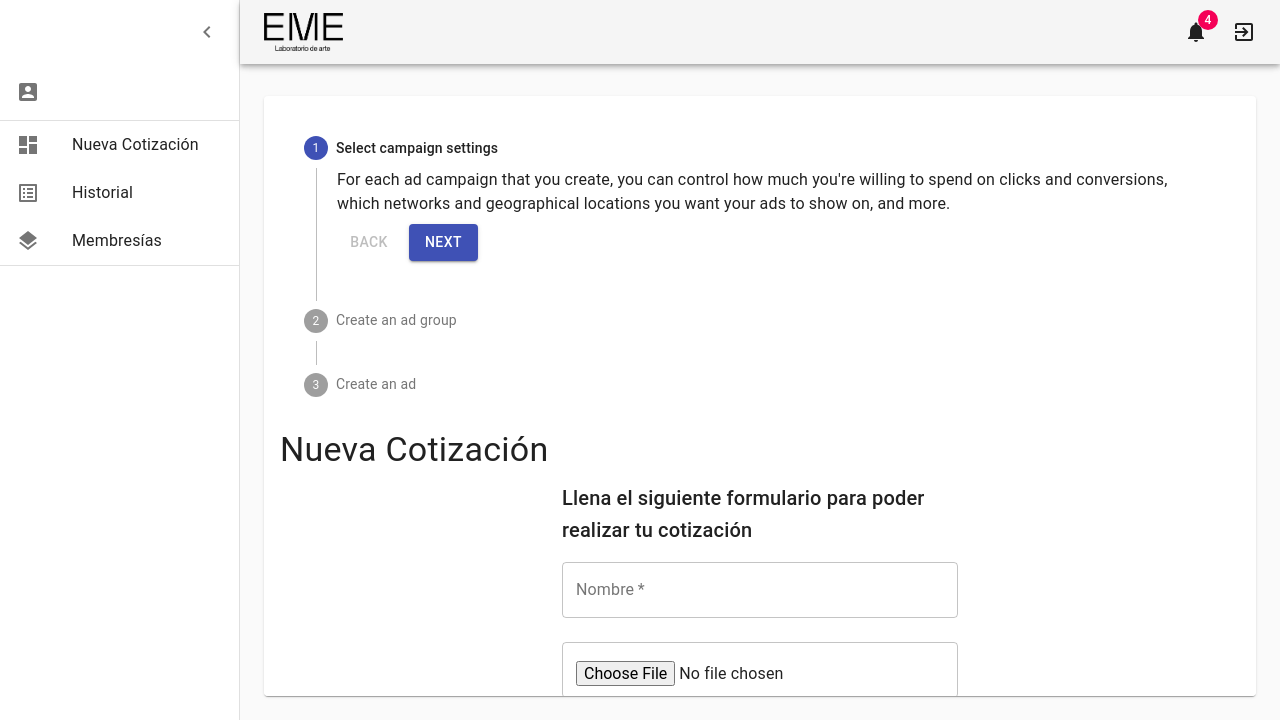
Repository: BrendaCarranco/eme-lab
Page: /Trabajo
These files come from the project's save history. The page is drawn as it stood at one moment and after the next save; the edit follows.
The browser window is 1280 px wide. The pictures show the whole page.
An inner scrolling area shows only its first screen. Some web libraries are served in a nearby version. The project was rebuilt for these pictures with package versions that can differ from the ones it lists, and the page was loaded fresh each time. Also part of the build but not shown: src/components/buildingPage/Building.js, src/temaConfig.js, src/components/buildingPage/Landing.js, src/components/login/Reset.js, src/components/Dashboard/Historial.js, src/components/Dashboard/Membresias.js, src/components/login/ModalPass.js, src/components/login/ModalRegister.js and 4 more.

Above is the page before, as saved 2020-08-27 19:39:46.

### public/index.html
<!DOCTYPE html>
<html lang="en">

<head>
  <meta charset="utf-8" />

  <meta name="viewport" content="width=device-width, initial-scale=1" />
  <meta name="theme-color" content="#000000" />
  <meta name="description" content="Web site created using create-react-app" />
  <link rel="icon" type="image/png" href="/eme-icon.png">


  </style>

  <!--
      manifest.json provides metadata used when your web app is installed on a
      user's mobile device or desktop. See https://developers.google.com/web/fundamentals/web-app-manifest/
    -->
  <link rel="manifest" href="%PUBLIC_URL%/manifest.json" />
  <!-- CSS only -->
  <link rel="stylesheet" href="https://stackpath.bootstrapcdn.com/bootstrap/4.5.2/css/bootstrap.min.css"
    integrity="sha384-JcKb8q3iqJ61gNV9KGb8thSsNjpSL0n8PARn9HuZOnIxN0hoP+VmmDGMN5t9UJ0Z" crossorigin="anonymous">

  <!--
      Notice the use of %PUBLIC_URL% in the tags above.
      It will be replaced with the URL of the `public` folder during the build.
      Only files inside the `public` folder can be referenced from the HTML.

      Unlike "/favicon.ico" or "favicon.ico", "%PUBLIC_URL%/favicon.ico" will
      work correctly both with client-side routing and a non-root public URL.
      Learn how to configure a non-root public URL by running `npm run build`.
    -->
  <title>EME Laboratorio de arte</title>
</head>

<body>
  <noscript>You need to enable JavaScript to run this app.</noscript>
  <div id="root"></div>
  <!--
      This HTML file is a template.
      If you open it directly in the browser, you will see an empty page.

      You can add webfonts, meta tags, or analytics to this file.
      The build step will place the bundled scripts into the <body> tag.

      To begin the development, run `npm start` or `yarn start`.
      To create a production bundle, use `npm run build` or `yarn build`.
    -->
  <!-- Compiled and minified JavaScript -->

  <script src="https://code.jquery.com/jquery-3.2.1.slim.min.js"
    integrity="sha384-KJ3o2DKtIkvYIK3UENzmM7KCkRr/rE9/Qpg6aAZGJwFDMVNA/GpGFF93hXpG5KkN"
    crossorigin="anonymous"></script>
  <script src="https://cdnjs.cloudflare.com/ajax/libs/popper.js/1.12.9/umd/popper.min.js"
    integrity="sha384-ApNbgh9B+Y1QKtv3Rn7W3mgPxhU9K/ScQsAP7hUibX39j7fakFPskvXusvfa0b4Q"
    crossorigin="anonymous"></script>
  <script src="https://maxcdn.bootstrapcdn.com/bootstrap/4.0.0/js/bootstrap.min.js"
    integrity="sha384-JZR6Spejh4U02d8jOt6vLEHfe/JQGiRRSQQxSfFWpi1MquVdAyjUar5+76PVCmYl"
    crossorigin="anonymous"></script>
</body>

</html>

### src/App.js
import React, { useEffect, useState, useContext } from 'react';
import { BrowserRouter, Switch, Route } from 'react-router-dom';
import { firebase } from './firebase';
import Building from './components/buildingPage/Building';
import Landing from './components/buildingPage/Landing';
import Reset from './components/login/Reset';
import Dashboard from './components/Dashboard/Dashboard';
import SignInSide from './components/login/SignInSide';
import Admin from './components/admin/Admin';

import { UserContext } from './context/UserProvider';
import NoMember from './components/Dashboard/NoMember';

function App() {

  const [firebaseUser, setFirebaseUser] = useState(null);
  const [fbName, setFbName] = useState('');
  const [fbMail, setFbMail] = useState('');
  const [usersFiles, setUsersFiles] = useState([]);


  const { userProvider } = useContext(UserContext);


  //Observador
  useEffect(() => {
    firebase.auth().onAuthStateChanged(user => {
      console.log(user);
      if (user) {
        setFbName(user.displayName);
        setFbMail(user.email);
        setFirebaseUser(user);
      } else {
        setFirebaseUser(null);
        return;
      }
    });
  }, [firebaseUser]);

  return (
    <BrowserRouter>
      <Switch>
        <Route exact path='/'>
          <Landing />
        </Route>
        {/*
        <Route path='/admin'>
          <Admin usersFiles={usersFiles} />
        </Route> */}

        <Route path='/dashboard'>

          {
            userProvider.role === 'Admin' && <Admin usersFiles={usersFiles} />
          }
          {
            userProvider.role === 'Miembro' && <Dashboard firebaseUser={firebaseUser} setUsersFiles={setUsersFiles} usersFiles={usersFiles} fbMail={fbMail} />
          }
          {
            userProvider.role === 'Invitado' && <NoMember />
          }



        </Route>

        <Route path='/signin'>
          <SignInSide />
        </Route>

        <Route path='/Admin'>
          <Admin />
        </Route>

        <Route path='/Trabajo'>
          <Dashboard />
        </Route>



      </Switch>
    </BrowserRouter>
  );
}

export default App;

### src/context/UserProvider.js
import React, { createContext, useEffect } from 'react';
import { useState } from 'react';
import { firebase } from '../firebase';

export const UserContext = createContext();

const UserProvider = (props) => {

    const dataInitialUser = {
        email: null,
        uid: null,
        role: 'Invitado',
        displayName: null
    };

    const [userProvider, setUserProvider] = useState(dataInitialUser);


    useEffect(() => {
        detectUser();
    }, []);

    const detectUser = () => {
        firebase.auth().onAuthStateChanged(user => {
            if (user) {
                console.log(user, 'user provider');
                user.getIdTokenResult()
                    .then(idTokenResult => {
                        console.log(idTokenResult, 'token');
                        if (!!idTokenResult.claims.Admin) {
                            console.log('es admin');
                            setUserProvider({
                                email: user.email,
                                uid: user.uid,
                                displayName: user.displayName,
                                role: 'Admin'

                            });
                        } else if (!!idTokenResult.claims.Member) {
                            console.log('es miembro');
                            setUserProvider({
                                email: user.email,
                                uid: user.uid,
                                displayName: user.displayName,
                                role: 'Miembro'
                            });
                        } else {
                            console.log('es invitado');
                            setUserProvider({
                                email: user.email,
                                uid: user.uid,
                                displayName: user.displayName,
                                role: 'Invitado'

                            });
                        }
                    }
                    );

            } else {
                console.log(user, 'user provider null');
            }
        });
    };

    const userRegister = async (email, password, name) => {
        try {
            const res = await firebase.auth().createUserWithEmailAndPassword(email, password);
            const collection = await firebase.firestore().collection('usuarios').doc(res.user.email).get();

            if (!collection.exists) {
                await firebase.firestore().collection('usuarios').doc(res.user.email).set({
                    email: res.user.email,
                    uid: res.user.uid,
                    role: 'Invitado',
                    displayName: name
                });
                let current = firebase.auth().currentUser;
                current.updateProfile({
                    displayName: name
                });

            }

        } catch (error) {
            console.log(error);
        }
        firebase.auth().signOut();
    };

    return (
        <UserContext.Provider value={{ userProvider, userRegister }} >
            {props.children}
        </UserContext.Provider>
    );
};

export default UserProvider;

### src/firebase.js
import firebase from 'firebase/app';
import 'firebase/auth';
import 'firebase/firestore';
import 'firebase/storage';
import 'firebase/functions';

const firebaseConfig = {
    apiKey: "AIzaSyB1b8DSEsphXC6iROi09Go8DnzwT9N6RYY",
    authDomain: "eme-lab.firebaseapp.com",
    databaseURL: "https://eme-lab.firebaseio.com",
    projectId: "eme-lab",
    storageBucket: "eme-lab.appspot.com",
    messagingSenderId: "906776180001",
    appId: "1:906776180001:web:939db4508539931fda3a60"
};
// Initialize Firebase
firebase.initializeApp(firebaseConfig);

export { firebase };

### src/components/Dashboard/Cotizacion.js
import React, { useState } from 'react';
import { firebase } from '../../firebase';
import moment from 'moment';
import 'moment/locale/es';

import Container from '@material-ui/core/Container';
import { makeStyles } from '@material-ui/core/styles';
import Typography from '@material-ui/core/Typography';
import Title from './Title';
import TextField from '@material-ui/core/TextField';
import Button from '@material-ui/core/Button';
import Paper from '@material-ui/core/Paper';
import Stepper from '@material-ui/core/Stepper';
import Step from '@material-ui/core/Step';
import StepLabel from '@material-ui/core/StepLabel';
import StepContent from '@material-ui/core/StepContent';

const useStyles = makeStyles((theme) => ({
  root: {
    width: '100%',
  },
  button: {
    marginTop: theme.spacing(1),
    marginRight: theme.spacing(1),
  },
  actionsContainer: {
    marginBottom: theme.spacing(2),
  },
  resetContainer: {
    padding: theme.spacing(3),
  },
}));

function getSteps() {
  return ['Select campaign settings', 'Create an ad group', 'Create an ad'];
}

function getStepContent(step) {
  switch (step) {
    case 0:
      return `For each ad campaign that you create, you can control how much
              you're willing to spend on clicks and conversions, which networks
              and geographical locations you want your ads to show on, and more.`;
    case 1:
      return 'An ad group contains one or more ads which target a shared set of keywords.';
    case 2:
      return `Try out different ad text to see what brings in the most customers,
              and learn how to enhance your ads using features like ad extensions.
              If you run into any problems with your ads, find out how to tell if
              they're running and how to resolve approval issues.`;
    default:
      return 'Unknown step';
  }
}

const Cotizacion = ({ firebaseUser, setUsersFiles, usersFiles }) => {
  const classes = useStyles();
  const [activeStep, setActiveStep] = React.useState(0);
  const steps = getSteps();

  const handleNext = () => {
    setActiveStep((prevActiveStep) => prevActiveStep + 1);
  };

  const handleBack = () => {
    setActiveStep((prevActiveStep) => prevActiveStep - 1);
  };

  const handleReset = () => {
    setActiveStep(0);
  };
  const [fileUrl, setFileUrl] = useState(null);
  const [input, setInput] = useState('');
  //const [usersFiles, setUsersFiles] = useState([]);

  let time = Date.now();
  let timeFormat = moment(time).format('LLL');

  const handleChangeFile = async e => {
    const file = e.target.files[0];
    const storageRef = firebase.storage().ref('Cotizaciones').child(firebaseUser.email);
    const fileRef = storageRef.child(file.name);
    await fileRef.put(file);
    setFileUrl(await fileRef.getDownloadURL());
  };

  const handleSubmit = e => {
    e.preventDefault();
    //console.log('submit');

    const username = e.target.username.value;
    setInput(username);
    if (!username) {
      return;
    }

    const newUserFile = {
      name: username,
      fileLink: fileUrl,
      date: timeFormat,
      email: firebaseUser.email,
      user: firebaseUser.displayName,
      status: 'Pendiente'
    };
    //esta sube la imegen
    firebase.firestore().collection('files').doc().set(newUserFile);
    setUsersFiles([
      ...usersFiles,
      { ...newUserFile }

    ]);
    setInput('');
    setFileUrl('');
    return alert('archivo subido');
  };

  /*   const emailUpdate = async () => {
      const a = await firebase.auth().onAuthStateChanged(function (user) {
        if (user) {
          setUserEmail(user.email);
          return;
          // User is signed in.
        } else {
          return;
        }
      });
    };
    emailUpdate();

    useEffect(() => {
      const fetchUsersFiles = async () => {
        const usersFilesCollection = await firebase.firestore().collection('files').where("email", "==", userEmail).get();
        setUsersFiles(usersFilesCollection.docs.map(doc => {
          return doc.data();
        }));
      };
      fetchUsersFiles();
    }, [setUsersFiles, userEmail]);

    console.log(usersFiles); */


  return (
    <React.Fragment>

      <Stepper activeStep={activeStep} orientation="vertical">
        {steps.map((label, index) => (
          <Step key={label}>
            <StepLabel>{label}</StepLabel>
            <StepContent>
              <Typography>{getStepContent(index)}</Typography>
              <div className={classes.actionsContainer}>
                <div>
                  <Button
                    disabled={activeStep === 0}
                    onClick={handleBack}
                    className={classes.button}
                  >
                    Back
                  </Button>
                  <Button
                    variant="contained"
                    color="primary"
                    onClick={handleNext}
                    className={classes.button}
                  >
                    {activeStep === steps.length - 1 ? 'Finish' : 'Next'}
                  </Button>
                </div>
              </div>
            </StepContent>
          </Step>
        ))}
      </Stepper>
      {activeStep === steps.length && (
        <Paper square elevation={0} className={classes.resetContainer}>
          <Typography>All steps completed - you&apos;re finished</Typography>
          <Button onClick={handleReset} className={classes.button}>
            Reset
          </Button>
        </Paper>
      )}
      <Title>Nueva Cotización</Title>
      <Container maxWidth="xs">
        <Typography variant="h6" color="initial">
          Llena el siguiente formulario para poder realizar tu cotización
       </Typography>
        <form onSubmit={handleSubmit}>
          <TextField
            variant="outlined"
            margin="normal"
            required
            fullWidth
            id="outlined-basic"
            label="Nombre"
            name='username'
            onChange={e => setInput(e.target.value)}
            value={input}

          />
          <TextField
            variant="outlined"
            margin="normal"
            required
            fullWidth
            id="outlined-basic"
            name='file'
            type='file'
            onChange={handleChangeFile}
          />
          <Button
            type="submit"
            fullWidth
            variant="outlined"
            color="default"
          >Enviar</Button>



        </form>
      </Container>
    </React.Fragment>


  );
};

export default Cotizacion;

### src/components/Dashboard/Title.js

import React from 'react';
import PropTypes from 'prop-types';
import Typography from '@material-ui/core/Typography';

export default function Title(props) {
  return (
    <Typography component="h2" variant="h4" color="default" gutterBottom>
      {props.children}
    </Typography>
  );
}

Title.propTypes = {
  children: PropTypes.node,
};

Loaded but not shown: src/index.js (common file); src/index.css (common file); src/serviceWorker.js (common file); src/components/Dashboard/Dashboard.js (300 lines, source omitted)

After the next save:
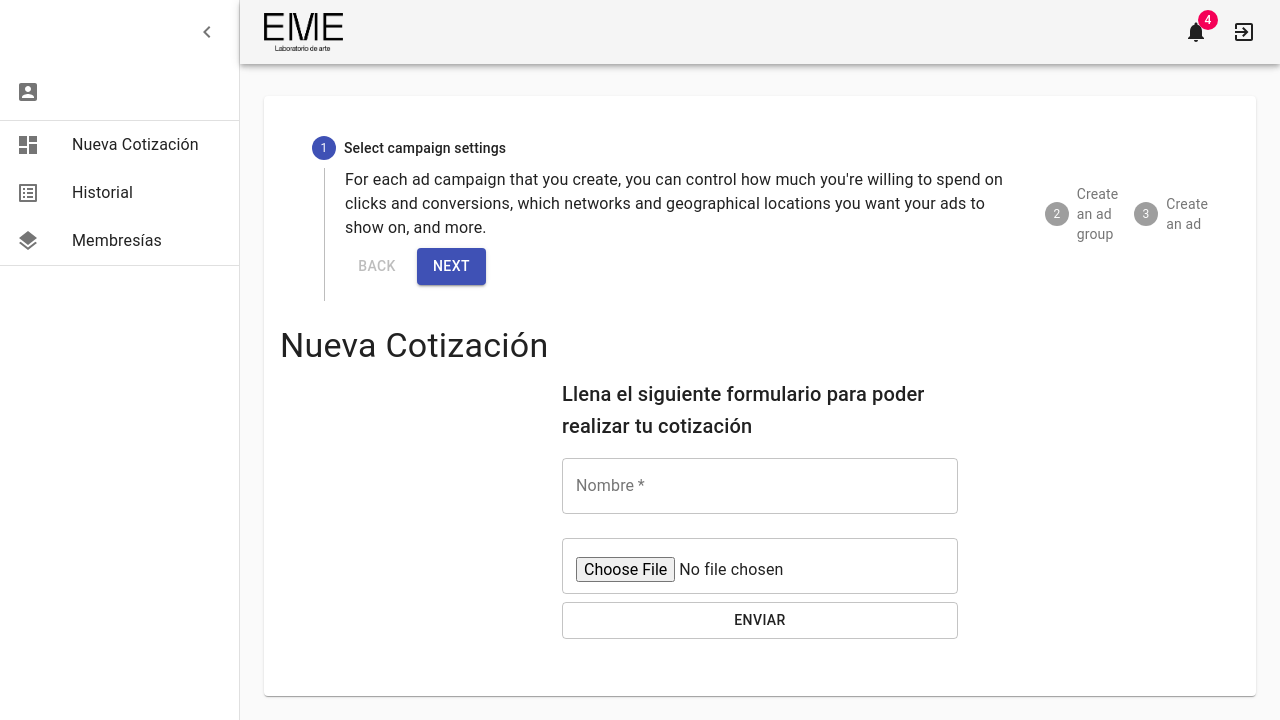
Saved 41 s later.
--- a/src/components/Dashboard/Cotizacion.js
+++ b/src/components/Dashboard/Cotizacion.js
@@ -143,7 +143,7 @@
   return (
     <React.Fragment>
 
-      <Stepper activeStep={activeStep} orientation="vertical">
+      <Stepper activeStep={activeStep}>
         {steps.map((label, index) => (
           <Step key={label}>
             <StepLabel>{label}</StepLabel>

After the save that followed:
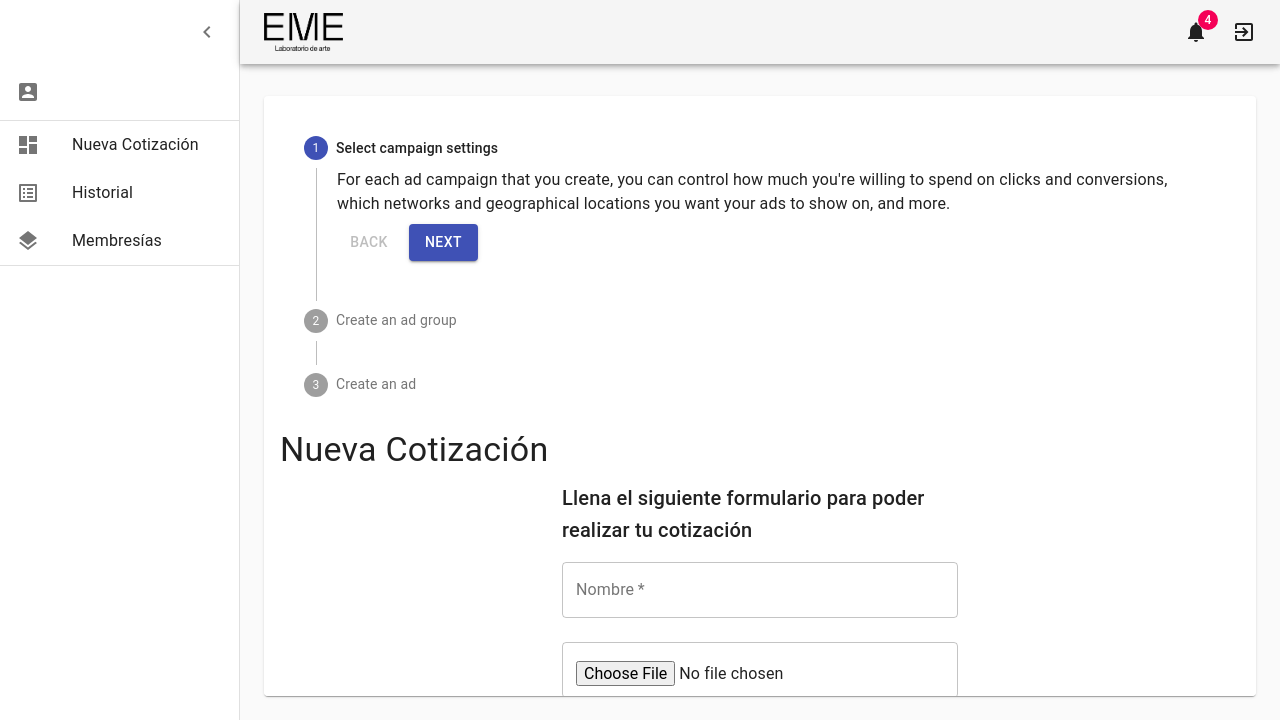
Saved 9 s later.
--- a/src/components/Dashboard/Cotizacion.js
+++ b/src/components/Dashboard/Cotizacion.js
@@ -143,7 +143,7 @@
   return (
     <React.Fragment>
 
-      <Stepper activeStep={activeStep}>
+      <Stepper activeStep={activeStep} orientation="vertical">
         {steps.map((label, index) => (
           <Step key={label}>
             <StepLabel>{label}</StepLabel>
